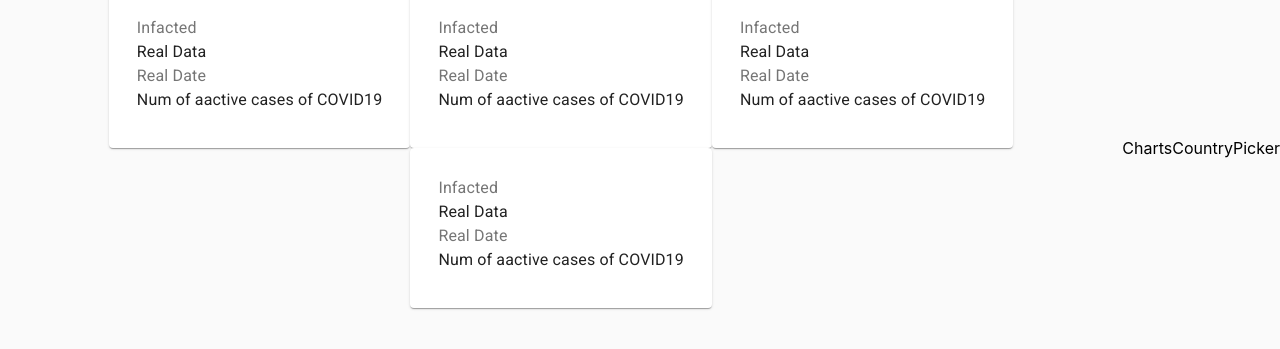
Repository: ranausama48/covid-tracker
Page: /
An editor plug-in stored every save of this project. The page is shown before and after the next save, followed by the edit.
The browser window is 1280 px wide. The pictures show the whole page.
The page's requests for data from a server got no answer. The project was rebuilt for these pictures with package versions that can differ from the ones it lists, and the page was loaded fresh each time. No one was signed in, and anything a server would have sent is missing.

Above is the page before, as saved 2020-07-05 17:58:42.

### public/index.html
<!DOCTYPE html>
<html lang="en">
  <head>
    <meta charset="utf-8" />
    <link rel="icon" href="%PUBLIC_URL%/favicon.ico" />
    <meta name="viewport" content="width=device-width, initial-scale=1" />
    <meta name="theme-color" content="#000000" />
    <meta
      name="description"
      content="Web site created using create-react-app"
    />
    <!-- @material Ui links -->
    <link
      rel="stylesheet"
      href="https://fonts.googleapis.com/css?family=Roboto:300,400,500,700&display=swap"
    />
    <link
      rel="stylesheet"
      href="https://fonts.googleapis.com/icon?family=Material+Icons"
    />

    <link rel="apple-touch-icon" href="%PUBLIC_URL%/logo192.png" />
    <!--
      manifest.json provides metadata used when your web app is installed on a
      user's mobile device or desktop. See https://developers.google.com/web/fundamentals/web-app-manifest/
    -->
    <link rel="manifest" href="%PUBLIC_URL%/manifest.json" />
    <!--
      Notice the use of %PUBLIC_URL% in the tags above.
      It will be replaced with the URL of the `public` folder during the build.
      Only files inside the `public` folder can be referenced from the HTML.

      Unlike "/favicon.ico" or "favicon.ico", "%PUBLIC_URL%/favicon.ico" will
      work correctly both with client-side routing and a non-root public URL.
      Learn how to configure a non-root public URL by running `npm run build`.
    -->
    <title>React App</title>
  </head>
  <body>
    <noscript>You need to enable JavaScript to run this app.</noscript>
    <div id="root"></div>
    <!--
      This HTML file is a template.
      If you open it directly in the browser, you will see an empty page.

      You can add webfonts, meta tags, or analytics to this file.
      The build step will place the bundled scripts into the <body> tag.

      To begin the development, run `npm start` or `yarn start`.
      To create a production bundle, use `npm run build` or `yarn build`.
    -->
  </body>
</html>

### src/App.js
import React, { useEffect, useState } from "react";
import Cards from "./components/Cards/Cards";
import Charts from "./components/Charts/Charts";
import CountryPicker from "./components/CountryPicker/CountryPicker";
import { fetchData } from "./api";

import "./App.css";

function App() {
  const [state, setstate] = useState({ data: {} });
  useEffect(() => {
    async function getData() {
      const data = await fetchData();
      setstate({ data });
    }
    getData();
  }, []);
  const { data } = state;

  return (
    <div className="container">
      <Cards data={data} />
      <Charts />
      <CountryPicker />
    </div>
  );
}

export default App;

### src/components/Cards/Cards.jsx
import React from "react";
import { makeStyles } from "@material-ui/core/styles";
import {
  Card,
  CardActionArea,
  CardActions,
  CardContent,
  CardMedia,
  Button,
  Typography,
  Grid,
} from "@material-ui/core";
const useStyles = makeStyles({
  root: {
    maxWidth: 345,
  },
  media: {
    height: 140,
  },
});

const Cards = (props) => {
  const classes = useStyles();
  return (
    <Grid container spacing={3} justify="center">
      <Grid item component={Card}>
        <CardContent>
          <Typography color="textSecondary">Infacted</Typography>
          <Typography varaint="h5">Real Data</Typography>
          <Typography color="textSecondary">Real Date</Typography>
          <Typography varaint="body2">
            Num of aactive cases of COVID19
          </Typography>
        </CardContent>
      </Grid>
      <Grid item component={Card}>
        <CardContent>
          <Typography color="textSecondary">Infacted</Typography>
          <Typography varaint="h5">Real Data</Typography>
          <Typography color="textSecondary">Real Date</Typography>
          <Typography varaint="body2">
            Num of aactive cases of COVID19
          </Typography>
        </CardContent>
      </Grid>
      <Grid item component={Card}>
        <CardContent>
          <Typography color="textSecondary">Infacted</Typography>
          <Typography varaint="h5">Real Data</Typography>
          <Typography color="textSecondary">Real Date</Typography>
          <Typography varaint="body2">
            Num of aactive cases of COVID19
          </Typography>
        </CardContent>
      </Grid>
      <Grid item component={Card}>
        <CardContent>
          <Typography color="textSecondary">Infacted</Typography>
          <Typography varaint="h5">Real Data</Typography>
          <Typography color="textSecondary">Real Date</Typography>
          <Typography varaint="body2">
            Num of aactive cases of COVID19
          </Typography>
        </CardContent>
      </Grid>
    </Grid>
  );
};

export default Cards;

### src/components/Charts/Charts.jsx
import React from "react";

const Charts = () => {
  return <div>Charts</div>;
};

export default Charts;

### src/components/CountryPicker/CountryPicker.jsx
import React from "react";

const CountryPicker = () => {
  return <div>CountryPicker</div>;
};

export default CountryPicker;

### src/api/index.js
import axios from "axios";
const url = "https://covid19.mathdro.id/api";
export const fetchData = async () => {
  try {
    const { data } = await axios.get(url);
    const { confirmed, recovered, deaths, lastUpdate } = data;
    return {
      confirmed,
      recovered,
      deaths,
      lastUpdate,
    };
  } catch (error) {
    return error;
  }
};

### src/App.css
body {
  background-color: rgba(250, 250, 250);
}
.container {
  display: flex;
  justify-content: center;
  align-items: center;
}

Loaded but not shown: src/index.js (common file); src/index.css (common file); src/serviceWorker.js (common file)

After the next save:
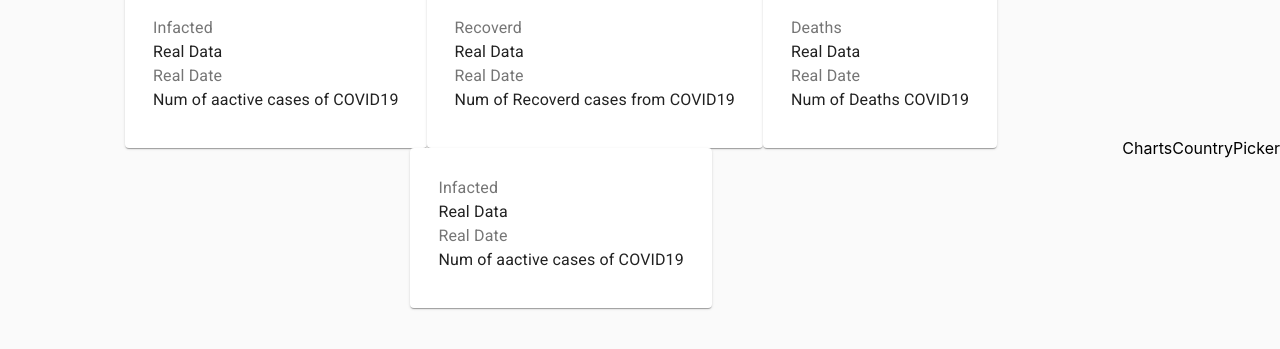
Saved 48 s later.
--- a/src/components/Cards/Cards.jsx
+++ b/src/components/Cards/Cards.jsx
@@ -35,22 +35,20 @@ const Cards = (props) => {
       </Grid>
       <Grid item component={Card}>
         <CardContent>
-          <Typography color="textSecondary">Infacted</Typography>
+          <Typography color="textSecondary">Recoverd</Typography>
           <Typography varaint="h5">Real Data</Typography>
           <Typography color="textSecondary">Real Date</Typography>
           <Typography varaint="body2">
-            Num of aactive cases of COVID19
+            Num of Recoverd cases from COVID19
           </Typography>
         </CardContent>
       </Grid>
       <Grid item component={Card}>
         <CardContent>
-          <Typography color="textSecondary">Infacted</Typography>
+          <Typography color="textSecondary">Deaths</Typography>
           <Typography varaint="h5">Real Data</Typography>
           <Typography color="textSecondary">Real Date</Typography>
-          <Typography varaint="body2">
-            Num of aactive cases of COVID19
-          </Typography>
+          <Typography varaint="body2">Num of Deaths COVID19</Typography>
         </CardContent>
       </Grid>
       <Grid item component={Card}>
